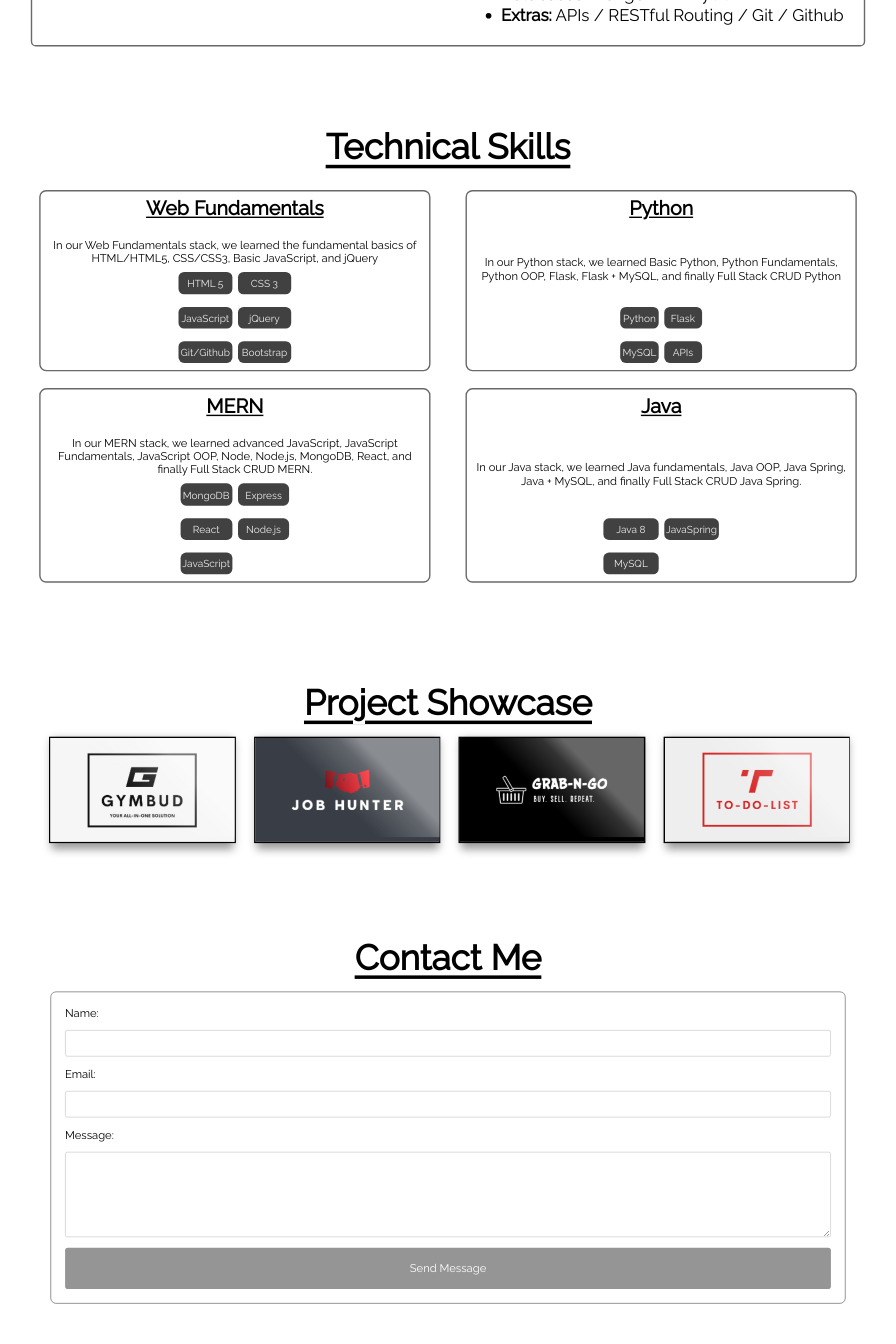
Repository: RICHIE-YIN/Personal-Portfolio
Page: index.html
These files come from the project's save history. The page is drawn as it stood at one moment and after the next save; the edit follows.
The browser window is 1280 px wide. The pictures show the part of the page from y = 1868 to 3788 px (the page is 3788 px tall before and 3787 px after), at 70% of full size.
Some web fonts or font styles are not loaded; a fallback is used.

Above is the page before, as saved 2023-06-12 16:25:53.
Console error: ReferenceError: $ is not defined

After the next save:
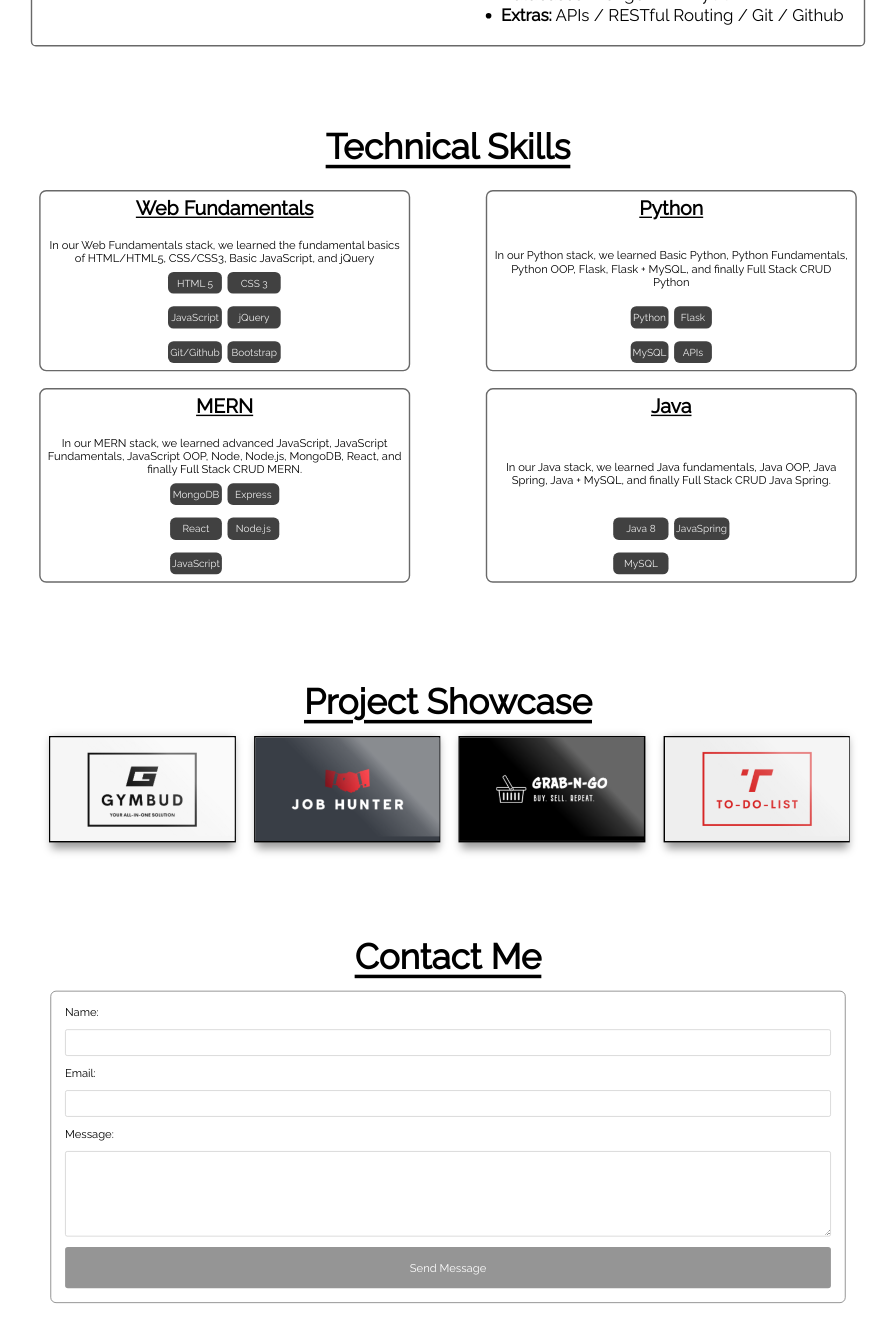
Saved 7 min 35 s later.
--- a/styles.css
+++ b/styles.css
@@ -235,22 +235,22 @@ display: none;
 
 .skills-section .card.card1 {
     /* background: linear-gradient(135deg, #F0F2F5 0%, #D9DBE1 100%); */
-    width: 47.5%;
+    width: 45%;
 }
 
 .skills-section .card.card2 {
     /* background: linear-gradient(135deg, #D9DBE1 0%, #BEC1C9 100%); */
-    width: 47.5%;
+    width: 45%;
 }
 
 .skills-section .card.card3 {
     /* background: linear-gradient(135deg, #F0F2F5 0%, #BEC1C9 100%); */
-    width: 47.5%;
+    width: 45%;
 }
 
 .skills-section .card.card4 {
     /* background: linear-gradient(135deg, #BEC1C9 0%, #F0F2F5 100%); */
-    width: 47.5%;
+    width: 45%;
 }
 
 
